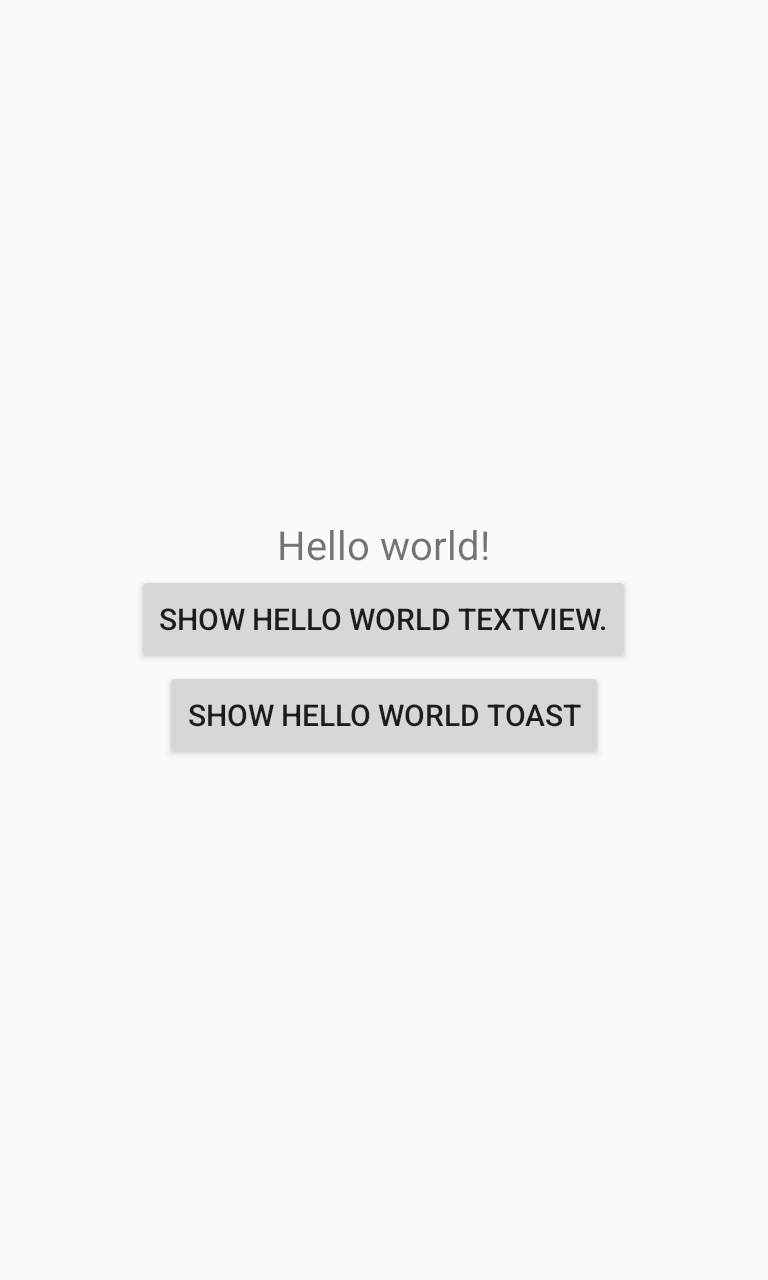
Repository: JoanneCaroll/EventHandling
Layout: EventHandling/res/layout/activity_main.xml
The author's editor kept a copy of each file at every save. The layout is drawn from the files as they stood at one save, then again after the next save.
It is drawn on a 768 x 1280 px phone screen (xhdpi) without system bars, with theme AppTheme; the app's code is not run.

Above is the layout before, as saved 2014-10-28 09:00:54.

### EventHandling/res/layout/activity_main.xml
<LinearLayout xmlns:android="http://schemas.android.com/apk/res/android"
    xmlns:tools="http://schemas.android.com/tools"
    android:layout_width="match_parent"
    android:layout_height="match_parent"
    android:orientation="vertical"
    android:gravity="center"
    android:padding="30dp">


        <TextView
            android:layout_gravity="center"
            android:id="@+id/hello_world"
            android:layout_width="wrap_content"
            android:layout_height="wrap_content"
            android:text="@string/hello_world"
            android:textSize="20dp" />


       <Button
           android:layout_gravity="center"
           android:id="@+id/showText"
           android:layout_width="wrap_content"
           android:layout_height="wrap_content"
           android:text="@string/show"
           android:textSize="15dp" />

       <Button
           	android:layout_gravity="center"
	        android:id="@+id/showToast"
	        android:layout_width="wrap_content"
	        android:layout_height="wrap_content"
	        android:text="@string/showToast"
	        android:textSize="15dp"/>

</LinearLayout>

### EventHandling/res/values/strings.xml
<?xml version="1.0" encoding="utf-8"?>
<resources>

    <string name="app_name">EventHandling</string>
    <string name="hello_world">Hello world!</string>
    <string name="show">Show Hello World TextView.</string>
	<string name="showToast">Show Hello World Toast</string>
	<string name="action_settings">Menu</string>
</resources>

Loaded but not shown: EventHandling/res/values/styles.xml (common file); EventHandling/res/values-v11/styles.xml (common file); EventHandling/res/values-v14/styles.xml (common file)

After the next save:
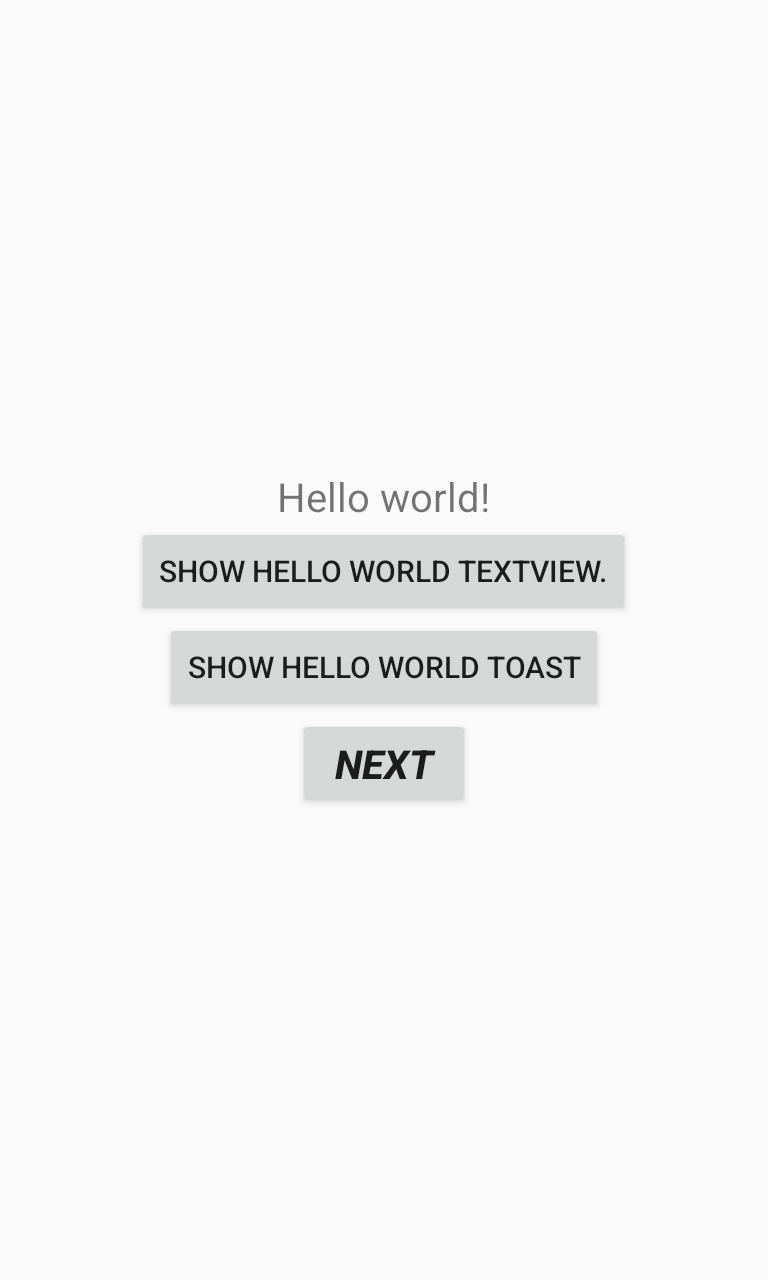
Saved 3 min 35 s later.
--- a/EventHandling/res/layout/activity_main.xml
+++ b/EventHandling/res/layout/activity_main.xml
@@ -32,4 +32,14 @@
 	        android:text="@string/showToast"
 	        android:textSize="15dp"/>
 
+        <Button
+            android:layout_gravity="center"
+            android:id="@+id/next"
+            android:layout_width="wrap_content"
+            android:layout_height="wrap_content"
+            android:text="@string/next"
+            android:textStyle="italic|bold"
+            android:textSize ="20dp"
+            />
+
 </LinearLayout>
--- a/EventHandling/res/values/strings.xml
+++ b/EventHandling/res/values/strings.xml
@@ -5,5 +5,6 @@
     <string name="hello_world">Hello world!</string>
     <string name="show">Show Hello World TextView.</string>
 	<string name="showToast">Show Hello World Toast</string>
+	<string name="next">Next</string>
 	<string name="action_settings">Menu</string>
 </resources>
